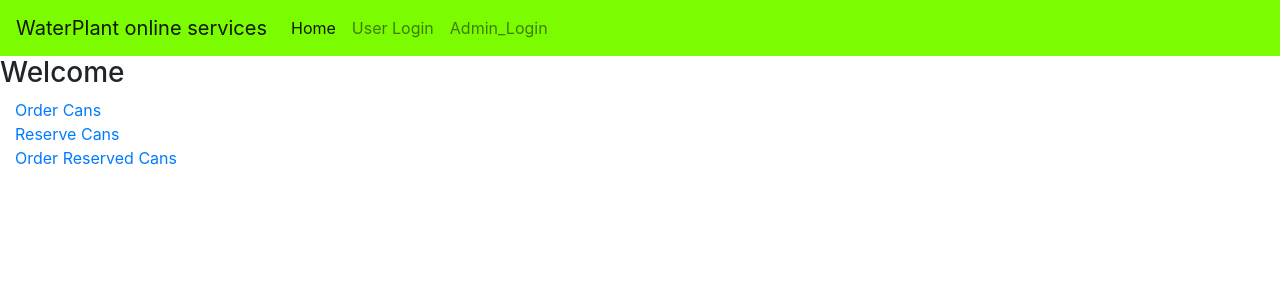
Repository: SHARMILAG97/WebApplication
Page: http://localhost/waterplant_web/useroperations.jsp
These files come from the project's save history. The page is drawn as it stood at one moment and after the next save; the edit follows.
The browser window is 1280 px wide. The pictures show the whole page.
The page is served by Tomcat 9.

Above is the page before, as saved 2019-09-18 05:48:39.
Console error: TypeError: Cannot read properties of undefined (reading 'fn')

After the next save:
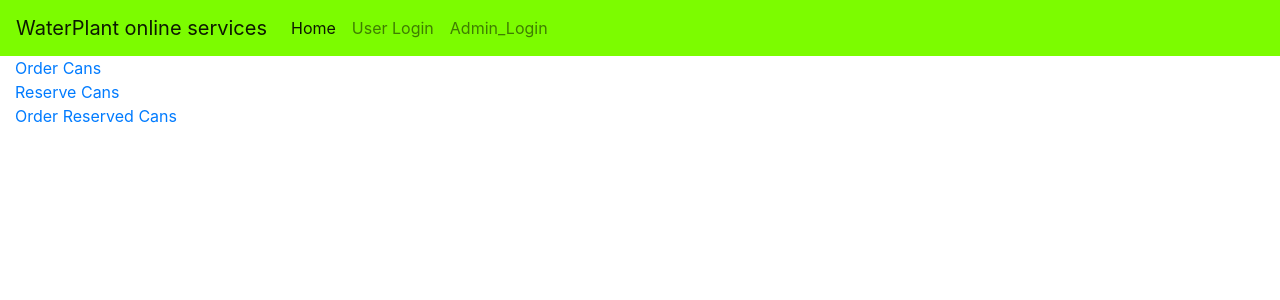
Saved 2 min 19 s later.
--- a/waterplant_web/src/main/webapp/useroperations.jsp
+++ b/waterplant_web/src/main/webapp/useroperations.jsp
@@ -11,11 +11,6 @@
 <body>
 
 <jsp:include page="headers.jsp"></jsp:include>
-<%
-User user = (User)session.getAttribute("LOGGED_IN_USER");
-String name =  user != null ? user.getName():"";
-%>
-<h3>Welcome <%=name%></h3>
 
 <div id=name></div>
 <form >
